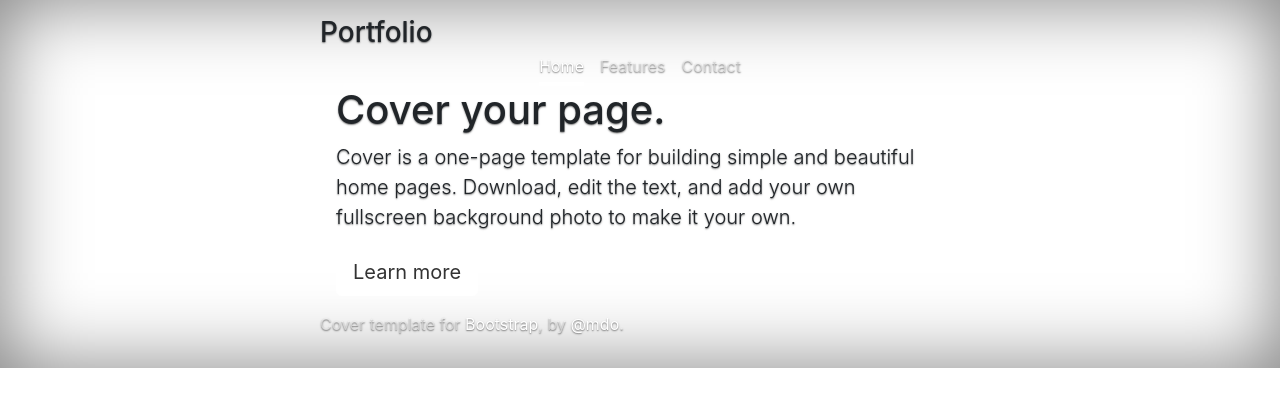
Repository: Shlahla48/zaio-bootstrap-portfolio
Page: index.html
An editor plug-in stored every save of this project. The page is shown before and after the next save, followed by the edit.
The browser window is 1280 px wide. The pictures show the whole page.

Above is the page before, as saved 2022-10-10 13:51:00.

After the next save:
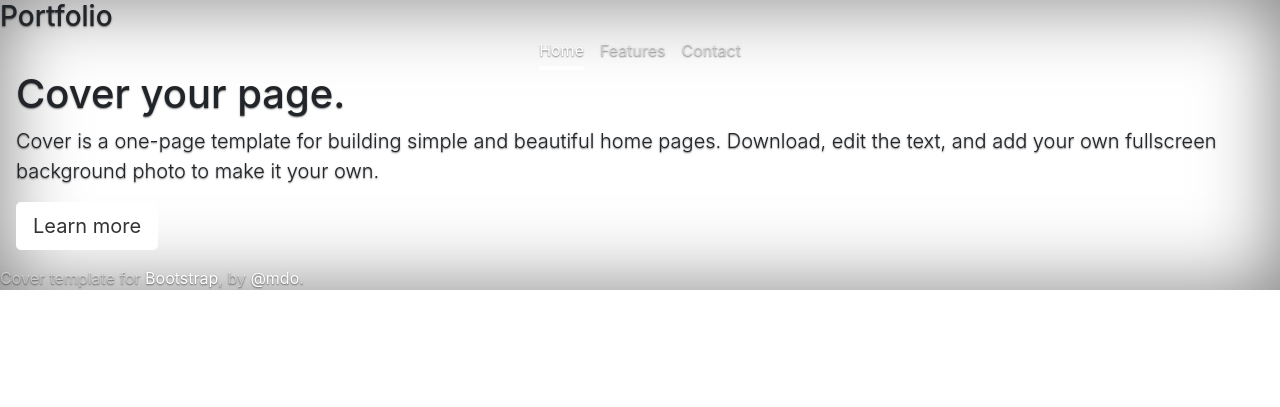
Saved 92 s later.
--- a/index.html
+++ b/index.html
@@ -74,7 +74,7 @@
   </head>
   <body class="">
 
-<div class="cover-container d-flex w-100 h-100 p-3 mx-auto flex-column">
+<div class="">
   <header class="mb-auto">
     <div>
       <h3 class="float-md-start mb-0">Portfolio</h3>
